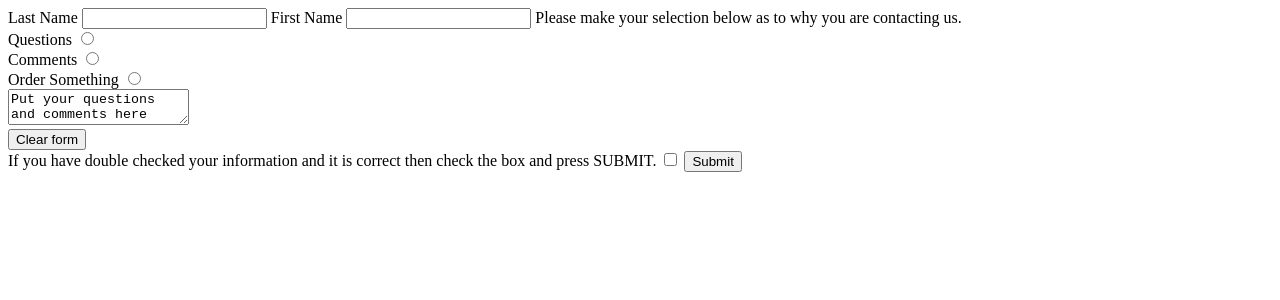
Repository: nsisk1/web-page-project
Page: contact-us.html
The author's editor kept a copy of each file at every save. The page is drawn from the files as they stood at one save, then again after a run of saves.
The browser window is 1280 px wide. The pictures show the whole page.

Above is the page before, as saved 2024-07-14 10:01:51.

### contact-us.html
<!DOCTYPE html>
<html lang="En">
    <head>
        <title>Contact Us</title>
    </head>
    <body>
        <form id="myMailerForm" action="mailto:nsisk1@student.dallascollege.edu" method="post">
            <label>Last Name
                <input type="text" name="lastname" required>
            </label>
            <label>First Name
                <input type="text" name="firstname" required>
            </label>
            Please make your selection below as to why you are contacting us.
            <br>
            Questions
            <input type="radio" name="reason" value="question">
            <br>
            Comments
            <input type="radio" name="reason" value="comments">
            <br>
            Order Something
            <input type="radio" name="reason" value="order">
            <br>
            <textarea name="textbox">Put your questions and comments here</textarea>
            <br>







            <input type="reset" value="Clear form">
            <br>If you have double checked your information and it is correct then check the box and press SUBMIT.
            <input type="checkbox" name="info">
            <input type="submit" value="Submit">
        </form>
    </body>
</html>

After the next 2 saves:
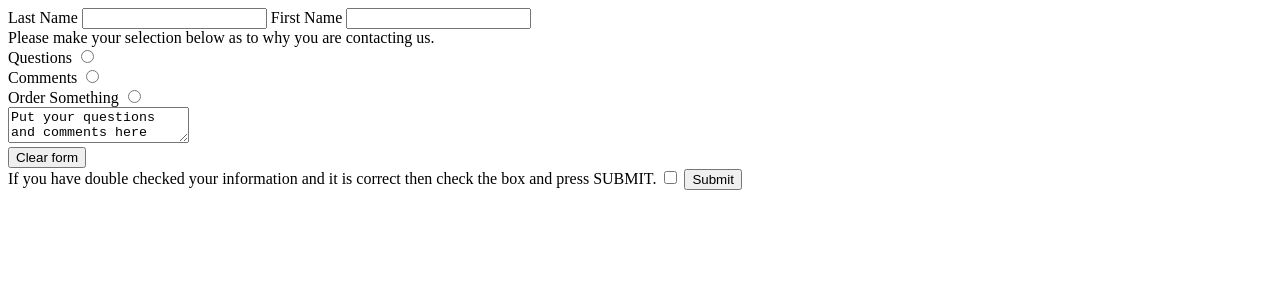
The 2 saves are shown as one change because they came seconds apart.
The last was saved 8 s later.
--- a/contact-us.html
+++ b/contact-us.html
@@ -10,7 +10,7 @@
             </label>
             <label>First Name
                 <input type="text" name="firstname" required>
-            </label>
+            </label><br>
             Please make your selection below as to why you are contacting us.
             <br>
             Questions
